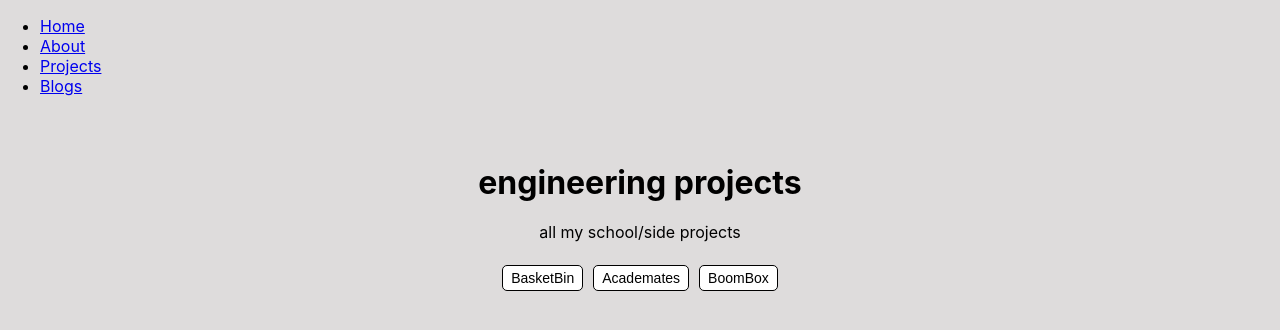
Repository: nicholaschen09/personalWebsite
Page: /projects/engineering
These files come from the project's save history. The page is drawn as it stood at one moment and after the next save; the edit follows.
The browser window is 1280 px wide. The pictures show the whole page.
The project was rebuilt for these pictures with package versions that can differ from the ones it lists, and the page was loaded fresh each time. Also part of the build but not shown: src/components/About.css, src/components/About.js, src/components/Home.js, src/components/Projects.css, src/components/Projects.js, src/components/Blog.css, src/components/Blog.js, src/components/Miscellaneous.css and 4 more.

Above is the page before, as saved 2024-08-10 11:19:31.

### src/App.js
import React from 'react';
import { BrowserRouter as Router, Route, Routes, Link } from 'react-router-dom';
import About from './components/About.js';
import Home from './components/Home.js';
import Projects from './components/Projects.js';
import Blog from './components/Blog.js';
import Miscellaneous from './components/Miscellaneous.js';
import Design from './components/Design.js';
import Engineering from './components/Engineering.js';
import BasketBin from './components/BasketBin';

function App() {
  return (
    <Router>
      <div>
        <nav>
          <ul>
            <li>
              <Link to="/">Home</Link>
            </li>
            <li>
              <Link to="/about">About</Link>
            </li>
            <li>
              <Link to="/projects">Projects</Link>
            </li>
            <li>
              <Link to="/blogs">Blogs</Link>
            </li>
          </ul>
        </nav>

        <Routes>
          <Route path="/about" element={<About />} />
          <Route path="/" element={<Home />} />
          <Route path="/projects" element={<Projects />} />
          <Route path="/blogs" element={<Blog />} />
          <Route path="/projects/miscellaneous" element={<Miscellaneous />} />
          <Route path="/projects/design" element={<Design />} />
          <Route path="/projects/engineering" element={<Engineering />} />
          <Route path="/projects/basketbin" element={<BasketBin />} />
        </Routes>
      </div>
    </Router>
  );
}

export default App;

### src/components/Engineering.js
import React from 'react';
import { Link } from 'react-router-dom';
import './Engineering.css'; // Ensure you have this CSS file in your project

const Engineering = () => {
    return (
        <div className="engineering">
            <h1>engineering projects</h1>
            <p>all my school/side projects</p>
            <div className="projects-container">
                <Link to="/engineering/BasketBin"><button>BasketBin</button></Link>
                <Link to="/engineering/Academates"><button>Academates</button></Link>
                <Link to="/engineering/BoomBox"><button>BoomBox</button></Link>
            </div>
        </div>
    );
};

export default Engineering;

### src/components/Home.css
/* src/components/Home/Home.css */
.home {
    text-align: center;
    padding: 100px;
    width: 700px;
    margin-left: auto;
    margin-right: auto;
}

body {
    background-color: rgb(222, 220, 220);
}

.DinnerImage {
    width: 70%;
    height: 70%;
    margin-left: auto;
    margin-right: auto;
    display: block;
}
p {
    line-height: 1;
}

### src/components/Engineering.css
.engineering {
    text-align: center;
    padding: 30px;
}

.projects-container {
    display: flex;
    align-items: center;
    flex-direction: row;
    justify-content: center;
    padding: 0;
    margin: 20px;
}

.engineering button {
    border: 1px solid #000000;
    padding: 4px 8px;
    background-color: #fff;
    color: #000000;
    cursor: pointer;
    font-size: 14px;
    transition: background-color 0.3s, color 0.3s;
    border-radius: 5px;
    margin: 5px;
}

.engineering button:hover {
    background-color: #a7a7a7;
    color: #fff;
}

Loaded but not shown: public/index.html (common file); src/index.js (common file); src/index.css (common file); src/reportWebVitals.js (common file); src/components/BasketBin.css (no stored copy; drawn as an empty file)

After the next save:
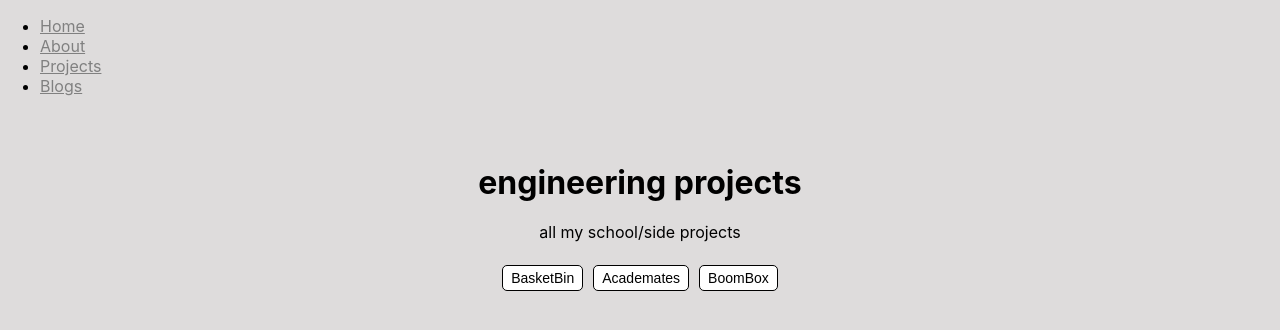
Saved 66 s later.
--- a/src/App.js
+++ b/src/App.js
@@ -10,22 +10,26 @@ import Engineering from './components/Engineering.js';
 import BasketBin from './components/BasketBin';
 
 function App() {
+  const linkStyle = {
+    color: 'grey', // Define the color style for links
+  };
+
   return (
     <Router>
       <div>
         <nav>
           <ul>
             <li>
-              <Link to="/">Home</Link>
+              <Link to="/" style={linkStyle}>Home</Link>
             </li>
             <li>
-              <Link to="/about">About</Link>
+              <Link to="/about" style={linkStyle}>About</Link>
             </li>
             <li>
-              <Link to="/projects">Projects</Link>
+              <Link to="/projects" style={linkStyle}>Projects</Link>
             </li>
             <li>
-              <Link to="/blogs">Blogs</Link>
+              <Link to="/blogs" style={linkStyle}>Blogs</Link>
             </li>
           </ul>
         </nav>

After the save that followed:
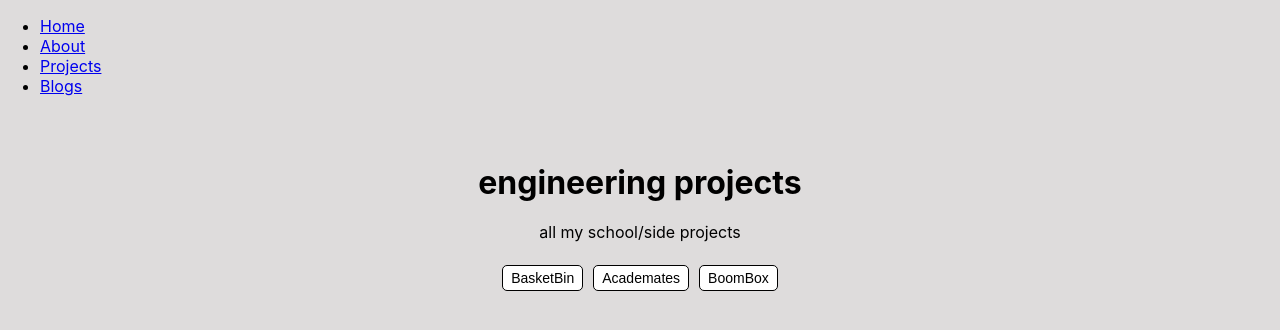
Saved 14 s later.
--- a/src/App.js
+++ b/src/App.js
@@ -11,7 +11,7 @@ import BasketBin from './components/BasketBin';
 
 function App() {
   const linkStyle = {
-    color: 'grey', // Define the color style for links
+    color: 'dark-grey', // Define the color style for links
   };
 
   return (
